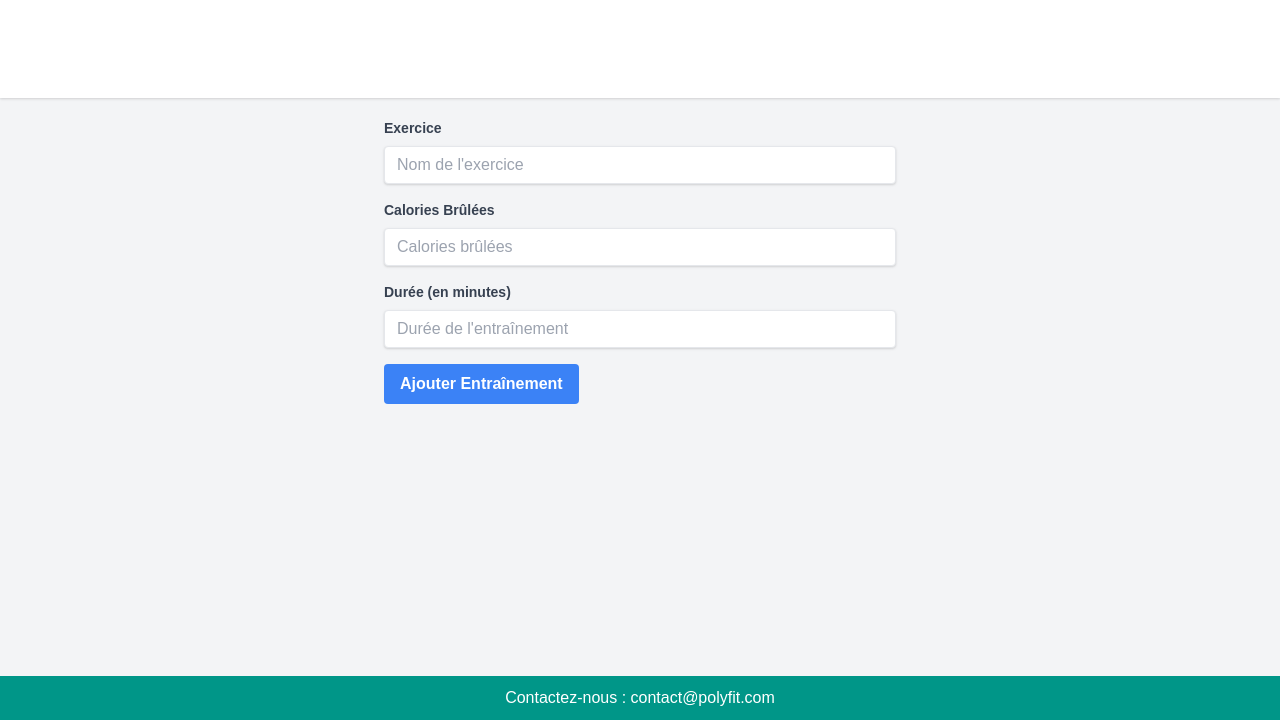
Repository: rimessouabni/polyfit
Page: src/main/resources/static/AddWorkout.html
An editor plug-in stored every save of this project. The page is shown before and after a run of saves, followed by the edit.
The browser window is 1280 px wide. The pictures show the whole page.

Above is the page before, as saved 2024-03-18 15:38:32.

After the next 2 saves:
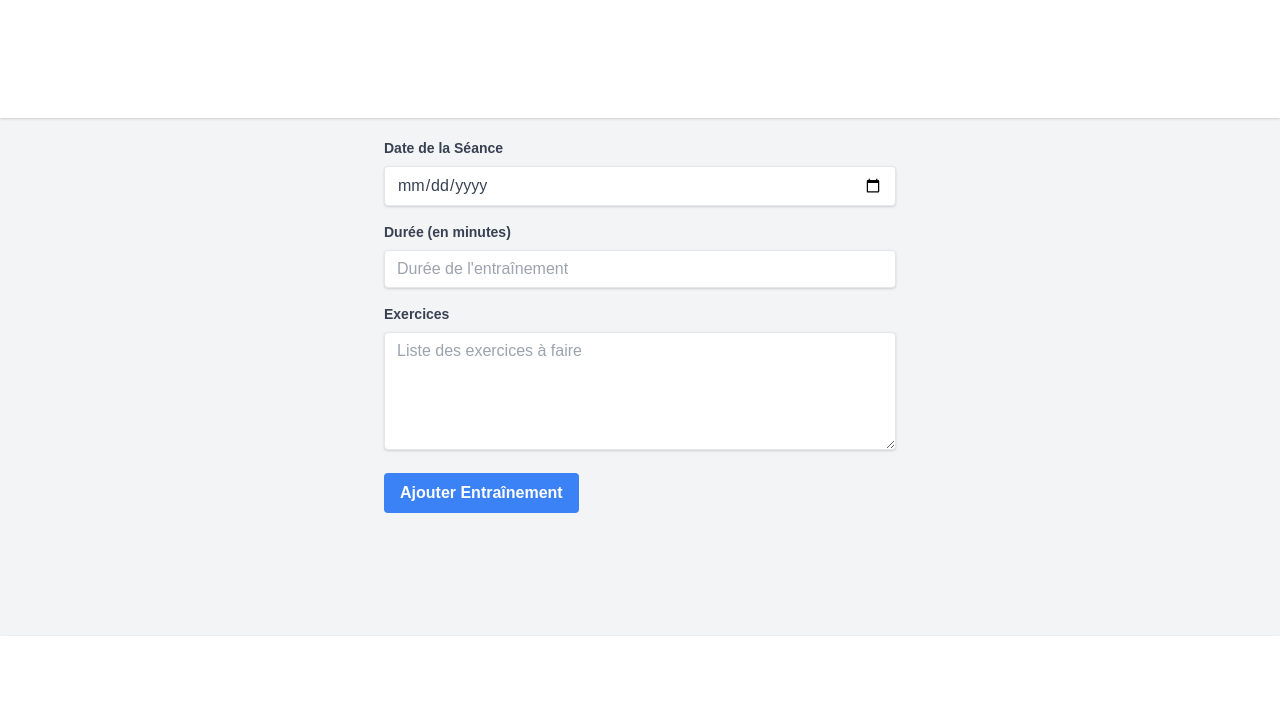
The 2 saves are shown as one change because they came seconds apart.
The last was saved 27 s later.
--- a/src/main/resources/static/AddWorkout.html
+++ b/src/main/resources/static/AddWorkout.html
@@ -10,30 +10,24 @@
 
 <body class="bg-gray-100">
     <header class="bg-white shadow">
-        <h1>Ajouter une séance</h1>
-        <nav>
-            <ul>
-                <li><a href="dashboard.html">Tableau de Bord</a></li>
-                <li><a href="programs.html">Programmes d'Entraînement</a></li>
-                <li><a href="workouts.html">Séances d'Entraînement</a></li>
-                <li><a href="AddWorkout.html">Ajouter une séance</a></li>
-            </ul>
-        </nav>
+        <div class="container mx-auto py-4 px-8">
+            <h1 class="text-xl font-semibold">Ajouter Entraînement</h1>
+        </div>
     </header>
 
     <div class="container mx-auto py-8 px-4">
         <form class="max-w-lg mx-auto">
             <div class="mb-4">
-                <label class="block text-gray-700 text-sm font-bold mb-2" for="exercise">Exercice</label>
-                <input class="shadow appearance-none border rounded w-full py-2 px-3 text-gray-700 leading-tight focus:outline-none focus:shadow-outline" id="exercise" type="text" placeholder="Nom de l'exercice">
-            </div>
-            <div class="mb-4">
-                <label class="block text-gray-700 text-sm font-bold mb-2" for="calories">Calories Brûlées</label>
-                <input class="shadow appearance-none border rounded w-full py-2 px-3 text-gray-700 leading-tight focus:outline-none focus:shadow-outline" id="calories" type="number" placeholder="Calories brûlées">
+                <label class="block text-gray-700 text-sm font-bold mb-2" for="date">Date de la Séance</label>
+                <input class="shadow appearance-none border rounded w-full py-2 px-3 text-gray-700 leading-tight focus:outline-none focus:shadow-outline" id="date" type="date">
             </div>
             <div class="mb-4">
                 <label class="block text-gray-700 text-sm font-bold mb-2" for="duration">Durée (en minutes)</label>
                 <input class="shadow appearance-none border rounded w-full py-2 px-3 text-gray-700 leading-tight focus:outline-none focus:shadow-outline" id="duration" type="number" placeholder="Durée de l'entraînement">
+            </div>
+            <div class="mb-4">
+                <label class="block text-gray-700 text-sm font-bold mb-2" for="exercises">Exercices</label>
+                <textarea class="shadow appearance-none border rounded w-full py-2 px-3 text-gray-700 leading-tight focus:outline-none focus:shadow-outline" id="exercises" rows="5" placeholder="Liste des exercices à faire"></textarea>
             </div>
             <div class="flex items-center justify-between">
                 <button class="bg-blue-500 hover:bg-blue-700 text-white font-bold py-2 px-4 rounded focus:outline-none focus:shadow-outline" type="button">
@@ -43,8 +37,10 @@
         </form>
     </div>
 
-    <footer>
-        <p>Contactez-nous : contact@polyfit.com</p>
+    <footer class="bg-white shadow">
+        <div class="container mx-auto py-4 px-8 text-center">
+            <p>Contactez-nous : contact@polyfit.com</p>
+        </div>
     </footer>
 </body>
 </html>

After the save that followed:
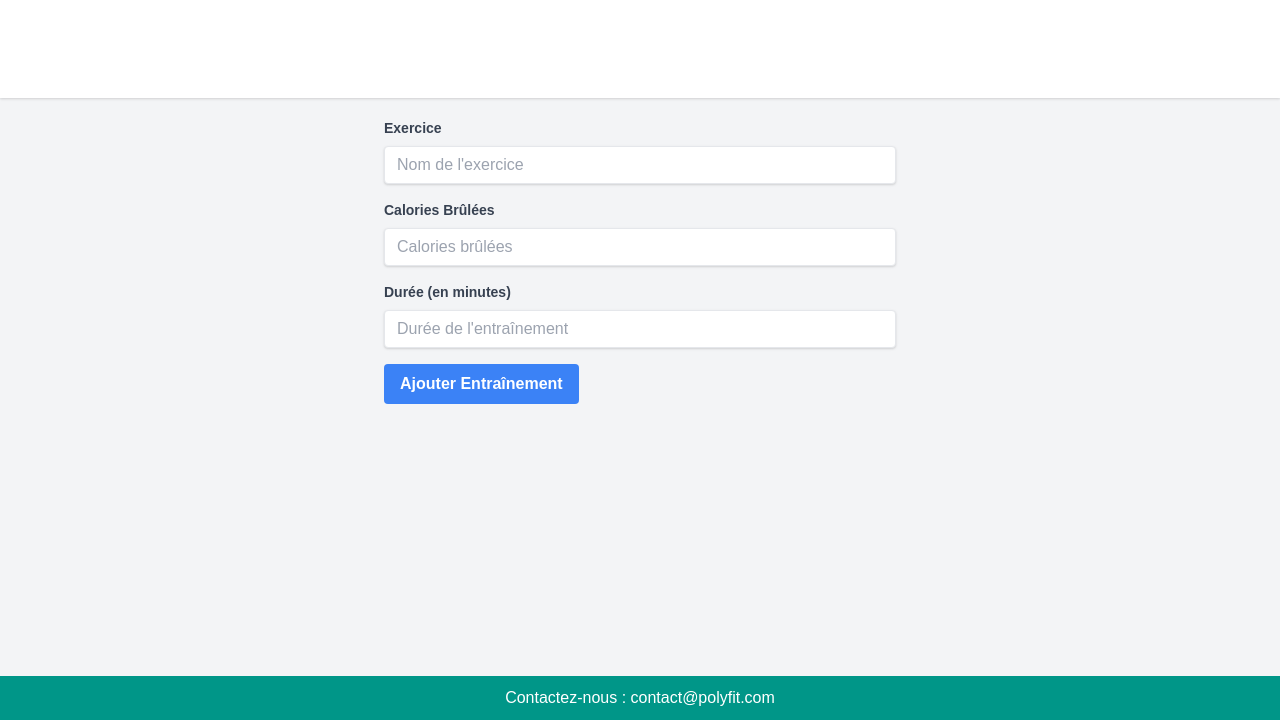
Saved 23 s later.
--- a/src/main/resources/static/AddWorkout.html
+++ b/src/main/resources/static/AddWorkout.html
@@ -10,24 +10,30 @@
 
 <body class="bg-gray-100">
     <header class="bg-white shadow">
-        <div class="container mx-auto py-4 px-8">
-            <h1 class="text-xl font-semibold">Ajouter Entraînement</h1>
-        </div>
+        <h1>Ajouter une séance</h1>
+        <nav>
+            <ul>
+                <li><a href="dashboard.html">Tableau de Bord</a></li>
+                <li><a href="programs.html">Programmes d'Entraînement</a></li>
+                <li><a href="workouts.html">Séances d'Entraînement</a></li>
+                <li><a href="AddWorkout.html">Ajouter une séance</a></li>
+            </ul>
+        </nav>
     </header>
 
     <div class="container mx-auto py-8 px-4">
         <form class="max-w-lg mx-auto">
             <div class="mb-4">
-                <label class="block text-gray-700 text-sm font-bold mb-2" for="date">Date de la Séance</label>
-                <input class="shadow appearance-none border rounded w-full py-2 px-3 text-gray-700 leading-tight focus:outline-none focus:shadow-outline" id="date" type="date">
+                <label class="block text-gray-700 text-sm font-bold mb-2" for="exercise">Exercice</label>
+                <input class="shadow appearance-none border rounded w-full py-2 px-3 text-gray-700 leading-tight focus:outline-none focus:shadow-outline" id="exercise" type="text" placeholder="Nom de l'exercice">
+            </div>
+            <div class="mb-4">
+                <label class="block text-gray-700 text-sm font-bold mb-2" for="calories">Calories Brûlées</label>
+                <input class="shadow appearance-none border rounded w-full py-2 px-3 text-gray-700 leading-tight focus:outline-none focus:shadow-outline" id="calories" type="number" placeholder="Calories brûlées">
             </div>
             <div class="mb-4">
                 <label class="block text-gray-700 text-sm font-bold mb-2" for="duration">Durée (en minutes)</label>
                 <input class="shadow appearance-none border rounded w-full py-2 px-3 text-gray-700 leading-tight focus:outline-none focus:shadow-outline" id="duration" type="number" placeholder="Durée de l'entraînement">
-            </div>
-            <div class="mb-4">
-                <label class="block text-gray-700 text-sm font-bold mb-2" for="exercises">Exercices</label>
-                <textarea class="shadow appearance-none border rounded w-full py-2 px-3 text-gray-700 leading-tight focus:outline-none focus:shadow-outline" id="exercises" rows="5" placeholder="Liste des exercices à faire"></textarea>
             </div>
             <div class="flex items-center justify-between">
                 <button class="bg-blue-500 hover:bg-blue-700 text-white font-bold py-2 px-4 rounded focus:outline-none focus:shadow-outline" type="button">
@@ -37,10 +43,8 @@
         </form>
     </div>
 
-    <footer class="bg-white shadow">
-        <div class="container mx-auto py-4 px-8 text-center">
-            <p>Contactez-nous : contact@polyfit.com</p>
-        </div>
+    <footer>
+        <p>Contactez-nous : contact@polyfit.com</p>
     </footer>
 </body>
 </html>
